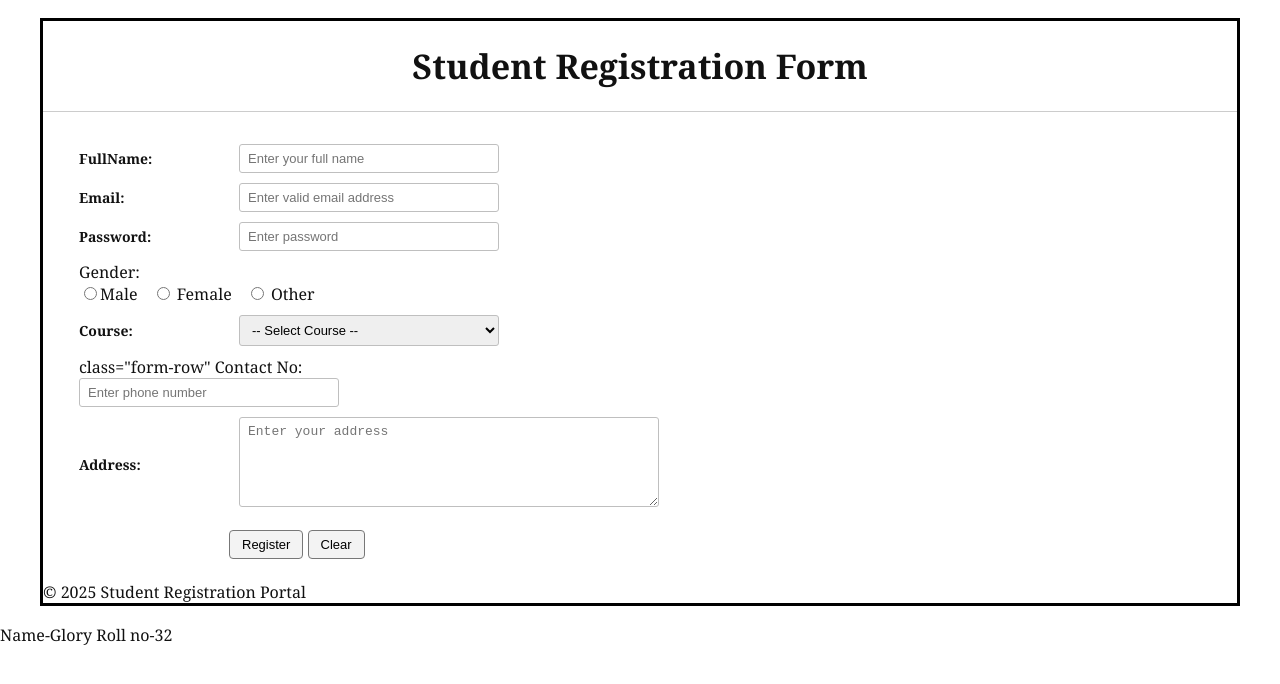
Repository: Glory998/ELCE1-32
Page: experiment5.html
The author's editor kept a copy of each file at every save. The page is drawn from the files as they stood at one save, then again after the next save.
The browser window is 1280 px wide. The pictures show the whole page.

Above is the page before, as saved 2025-10-22 22:54:38.

After the next save:
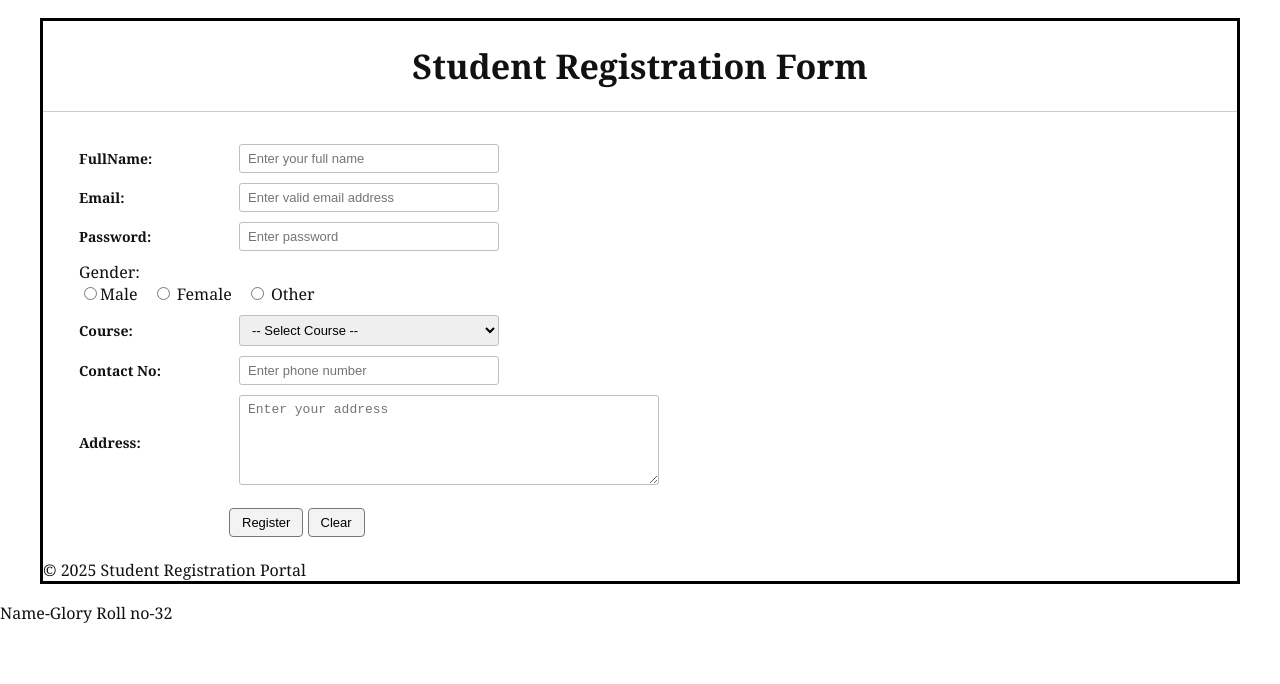
Saved 23 s later.
--- a/experiment5.html
+++ b/experiment5.html
@@ -208,7 +208,7 @@
                                                         </div>
                                                     </div>
 
-                                                        <div> class="form-row"
+                                                        <div class="form-row">
                                                             <label for="phone">Contact No:</label>
                                                         <div class="controls">
                                                             <input id="phone"
